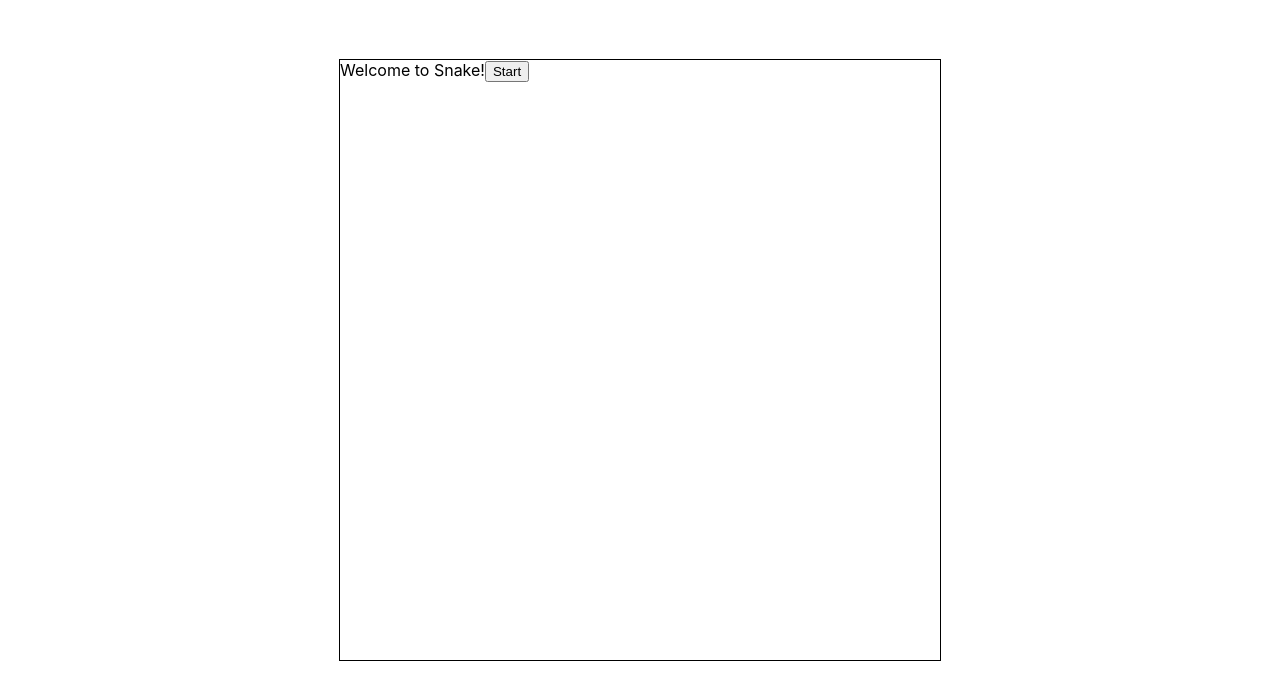
Repository: meills/react-snake
Page: /
An editor plug-in stored every save of this project. The page is shown before and after a run of saves, followed by the edit.
The browser window is 1280 px wide. The pictures show the whole page.
The project was rebuilt for these pictures with package versions that can differ from the ones it lists, and the page was loaded fresh each time. Also part of the build but not shown: src/components/Snakeboard.js, src/styles/App.css.

Above is the page before, as saved 2020-06-15 13:26:51.

### src/App.js
import React from 'react';
import Snakeboard from './components/Snakeboard.js';
import Welcome from './components/Welcome.js';
import GameOver from './components/Welcome.js';
import './styles/App.css';
import './styles/snakeboard.css';

const GRID_SIZE = 30;
const TICK_TIME = 100;

class App extends React.Component {
  state = {
    rows: GRID_SIZE,
    cols: GRID_SIZE,
    grid: [],
    food: {},
    snake: {
        head: {},
        tail: [],
    },
    currDir: 'left',
    tickTime: TICK_TIME,
    gameStart: false,
    gameOver: false,
  }


  render() {

    if (this.state.gameStart) {
      return (<div className="snake-container">
                <Snakeboard />
              </div>);
    }

    if (!this.state.gameStart) {
      return (<div className="snake-container">
                <Welcome />
              </div>);
    }

    if (this.state.gameOver) {

    }


  }

}

export default App;

### src/components/Welcome.js
import React from 'react';
import WelcomeMessage from './WelcomeMessage.js'
import StartButton from './StartButton.js'

function Welcome() {
    return(<div className='welcome'>
                <WelcomeMessage />
                <StartButton />
           </div>);
}

export default Welcome;

### src/styles/snakeboard.css
.snake-container {
    width: 100vw;
    height: 100vh;
    display: flex;
    align-items: center;
    justify-content: center;
}

.welcome {
    outline: 1px solid black;
    width: 600px;
    height: 600px;
}

.welcome-message {
    display: inline-block;
    text-align: center;
}

.start-btn {
    display: inline-block;
    text-align: center;
}

.grid {
    outline: 1px solid black;
    width: 600px;
    height: 600px;
    margin: auto;
    display: flex;
    flex-direction: row;
    flex-wrap: wrap;
}

.grid-item {
    width: 20px;
    height: 20px;
}

.is-food {
    background-color: red;
}


.snake-head {
    background-color: black;
}

.snake-tail {
    background-color: black;
}

### src/components/WelcomeMessage.js
import React from 'react';

function WelcomeMessage() {
    return(<div className='welcome-message'> Welcome to Snake!
           </div>);
}

export default WelcomeMessage;

### src/components/StartButton.js
import React from 'react';

function StartButton() {
    return(<div className='start-btn'><button type='button'>Start</button></div>);
}

export default StartButton;

Loaded but not shown: public/index.html (common file); src/index.js (common file); src/styles/index.css (common file); src/serviceWorker.js (common file)

After the next 2 saves:
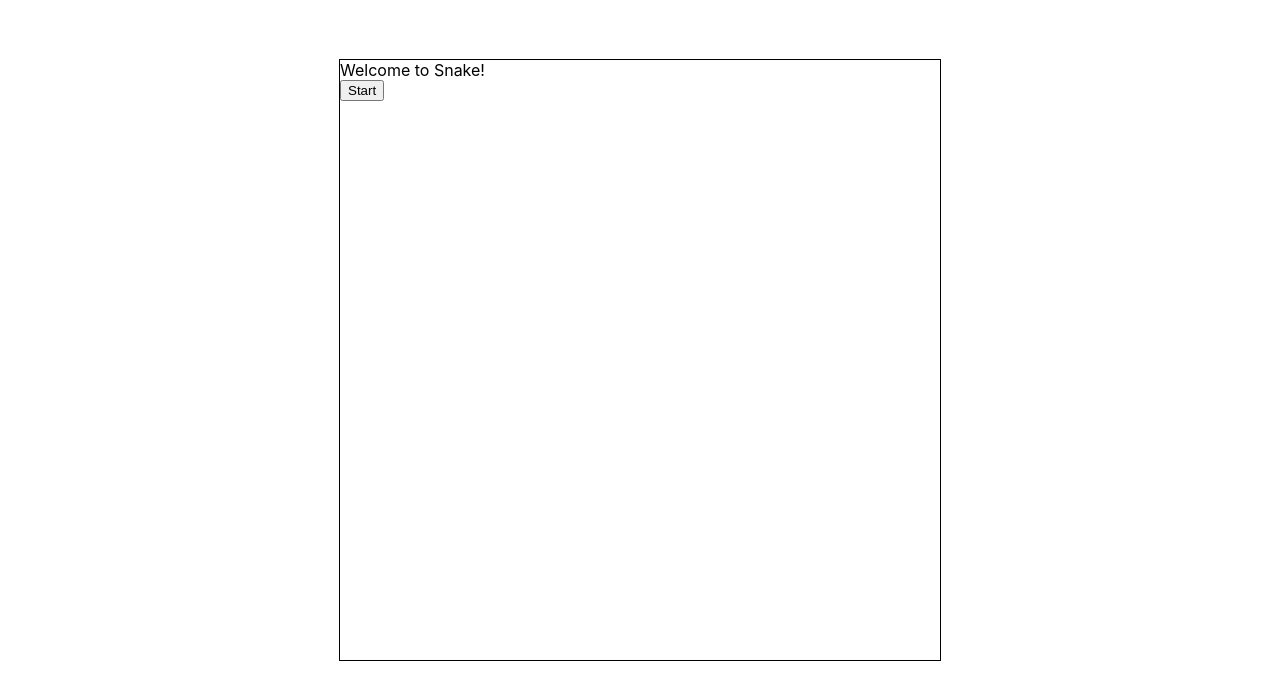
The 2 saves are shown as one change because they came seconds apart.
The last was saved 35 s later.
--- a/src/styles/snakeboard.css
+++ b/src/styles/snakeboard.css
@@ -13,13 +13,11 @@
 }
 
 .welcome-message {
-    display: inline-block;
-    text-align: center;
+    display: flex;
 }
 
 .start-btn {
-    display: inline-block;
-    text-align: center;
+    display: flex;
 }
 
 .grid {
